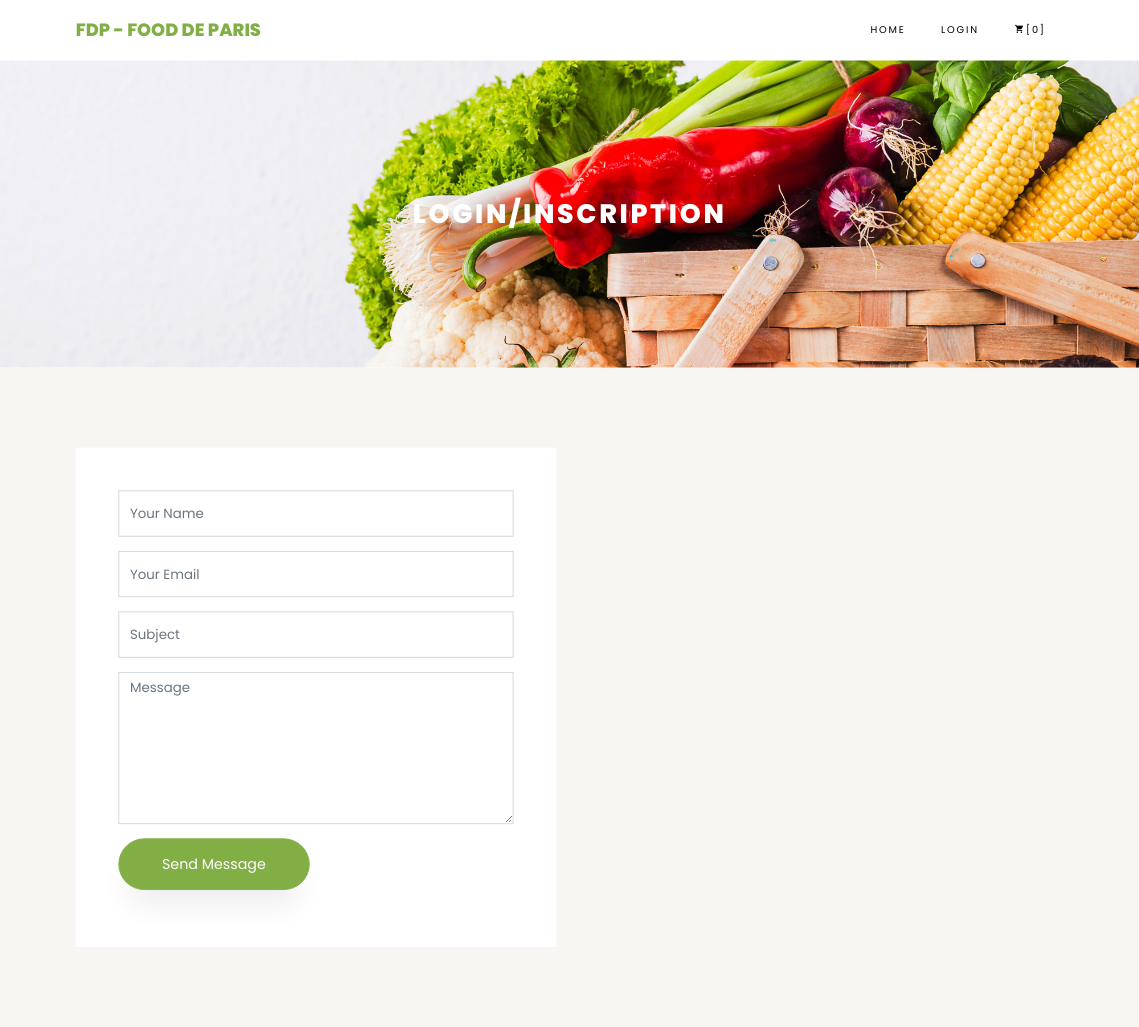
Repository: MacCampers/java-stuff
Page: workspaceJSP/projetRestaurant/WebContent/contact.html
The author's editor kept a copy of each file at every save. The page is drawn from the files as they stood at one save, then again after the next save.
The browser window is 1280 px wide. The pictures show the whole page, at 89% of full size.
Some web fonts or font styles are not loaded; a fallback is used.

Above is the page before, as saved 2020-02-07 14:04:16.

### workspaceJSP/projetRestaurant/WebContent/contact.html
<!DOCTYPE html>
<html lang="en">
<head>
<title>FDP - Food De Paris</title>
<meta charset="utf-8">
<meta name="viewport"
	content="width=device-width, initial-scale=1, shrink-to-fit=no">
<link
	href="https://fonts.googleapis.com/css?family=Poppins:200,300,400,500,600,700,800&display=swap"
	rel="stylesheet">
<link
	href="https://fonts.googleapis.com/css?family=Lora:400,400i,700,700i&display=swap"
	rel="stylesheet">
<link
	href="https://fonts.googleapis.com/css?family=Amatic+SC:400,700&display=swap"
	rel="stylesheet">
<link rel="stylesheet" href="css/open-iconic-bootstrap.min.css">
<link rel="stylesheet" href="css/animate.css">
<link rel="stylesheet" href="css/owl.carousel.min.css">
<link rel="stylesheet" href="css/owl.theme.default.min.css">
<link rel="stylesheet" href="css/magnific-popup.css">
<link rel="stylesheet" href="css/aos.css">
<link rel="stylesheet" href="css/ionicons.min.css">
<link rel="stylesheet" href="css/bootstrap-datepicker.css">
<link rel="stylesheet" href="css/jquery.timepicker.css">
<link rel="stylesheet" href="css/flaticon.css">
<link rel="stylesheet" href="css/icomoon.css">
<link rel="stylesheet" href="css/style.css">
</head>
<body class="goto-here">

	<nav
		class="navbar navbar-expand-lg navbar-dark ftco_navbar bg-dark ftco-navbar-light"
		id="ftco-navbar">
		<div class="container">
			<a class="navbar-brand" href="index.html">FDP - Food De Paris</a>
			<button class="navbar-toggler" type="button" data-toggle="collapse"
				data-target="#ftco-nav" aria-controls="ftco-nav"
				aria-expanded="false" aria-label="Toggle navigation">
				<span class="oi oi-menu"></span> Menu
			</button>

			<div class="collapse navbar-collapse" id="ftco-nav">
				<ul class="navbar-nav ml-auto">
					<li class="nav-item active"><a href="index.html"
						class="nav-link">Home</a></li>
					<li class="nav-item active"><a href="index.html"
						class="nav-link">Login</a></li>

					<li class="nav-item cta cta-colored"><a href="cart.html"
						class="nav-link"><span class="icon-shopping_cart"></span>[0]</a></li>

				</ul>
			</div>
		</div>
	</nav>
	<!-- END nav -->

	<div class="hero-wrap hero-bread"
		style="background-image: url('images/bg_1.jpg');">
		<div class="container">
			<div
				class="row no-gutters slider-text align-items-center justify-content-center">
				<div class="col-md-9 ftco-animate text-center">
					<h1 class="mb-0 bread">Login/Inscription</h1>
				</div>
			</div>
		</div>
	</div>

	<section class="ftco-section contact-section bg-light">
		<div class="container">


			<div class="row block-9">
				<div class="col-md-6 order-md-last d-flex">
					<form action="#" class="bg-white p-5 contact-form">
						<div class="form-group">
							<input type="text" class="form-control" placeholder="Your Name">
						</div>
						<div class="form-group">
							<input type="text" class="form-control" placeholder="Your Email">
						</div>
						<div class="form-group">
							<input type="text" class="form-control" placeholder="Subject">
						</div>
						<div class="form-group">
							<textarea name="" id="" cols="30" rows="7" class="form-control"
								placeholder="Message"></textarea>
						</div>
						<div class="form-group">
							<input type="submit" value="Send Message"
								class="btn btn-primary py-3 px-5">
						</div>
					</form>

				</div>
			</div>
		</div>
	</section>


	<!-- loader -->
	<div id="ftco-loader" class="show fullscreen">
		<svg class="circular" width="48px" height="48px">
			<circle class="path-bg" cx="24" cy="24" r="22" fill="none"
				stroke-width="4" stroke="#eeeeee" />
			<circle class="path" cx="24" cy="24" r="22" fill="none"
				stroke-width="4" stroke-miterlimit="10" stroke="#F96D00" /></svg>
	</div>


	<script src="js/jquery.min.js"></script>
	<script src="js/jquery-migrate-3.0.1.min.js"></script>
	<script src="js/popper.min.js"></script>
	<script src="js/bootstrap.min.js"></script>
	<script src="js/jquery.easing.1.3.js"></script>
	<script src="js/jquery.waypoints.min.js"></script>
	<script src="js/jquery.stellar.min.js"></script>
	<script src="js/owl.carousel.min.js"></script>
	<script src="js/jquery.magnific-popup.min.js"></script>
	<script src="js/aos.js"></script>
	<script src="js/jquery.animateNumber.min.js"></script>
	<script src="js/bootstrap-datepicker.js"></script>
	<script src="js/scrollax.min.js"></script>
	<script src="js/main.js"></script>

</body>
</html>

### workspaceJSP/projetRestaurant/WebContent/js/main.js
 AOS.init({
 	duration: 800,
 	easing: 'slide'
 });

(function($) {

	"use strict";

	var isMobile = {
		Android: function() {
			return navigator.userAgent.match(/Android/i);
		},
			BlackBerry: function() {
			return navigator.userAgent.match(/BlackBerry/i);
		},
			iOS: function() {
			return navigator.userAgent.match(/iPhone|iPad|iPod/i);
		},
			Opera: function() {
			return navigator.userAgent.match(/Opera Mini/i);
		},
			Windows: function() {
			return navigator.userAgent.match(/IEMobile/i);
		},
			any: function() {
			return (isMobile.Android() || isMobile.BlackBerry() || isMobile.iOS() || isMobile.Opera() || isMobile.Windows());
		}
	};


	$(window).stellar({
    responsive: true,
    parallaxBackgrounds: true,
    parallaxElements: true,
    horizontalScrolling: false,
    hideDistantElements: false,
    scrollProperty: 'scroll'
  });


	var fullHeight = function() {

		$('.js-fullheight').css('height', $(window).height());
		$(window).resize(function(){
			$('.js-fullheight').css('height', $(window).height());
		});

	};
	fullHeight();

	// loader
	var loader = function() {
		setTimeout(function() {
			if($('#ftco-loader').length > 0) {
				$('#ftco-loader').removeClass('show');
			}
		}, 1);
	};
	loader();

	// Scrollax
   $.Scrollax();

	var carousel = function() {
		$('.home-slider').owlCarousel({
	    loop:true,
	    autoplay: true,
	    margin:0,
	    animateOut: 'fadeOut',
	    animateIn: 'fadeIn',
	    nav:false,
	    autoplayHoverPause: false,
	    items: 1,
	    navText : ["<span class='ion-md-arrow-back'></span>","<span class='ion-chevron-right'></span>"],
	    responsive:{
	      0:{
	        items:1
	      },
	      600:{
	        items:1
	      },
	      1000:{
	        items:1
	      }
	    }
		});

		$('.carousel-testimony').owlCarousel({
			center: true,
			loop: true,
			items:1,
			margin: 30,
			stagePadding: 0,
			nav: false,
			navText: ['<span class="ion-ios-arrow-back">', '<span class="ion-ios-arrow-forward">'],
			responsive:{
				0:{
					items: 1
				},
				600:{
					items: 3
				},
				1000:{
					items: 3
				}
			}
		});

	};
	carousel();

	$('nav .dropdown').hover(function(){
		var $this = $(this);
		// 	 timer;
		// clearTimeout(timer);
		$this.addClass('show');
		$this.find('> a').attr('aria-expanded', true);
		// $this.find('.dropdown-menu').addClass('animated-fast fadeInUp show');
		$this.find('.dropdown-menu').addClass('show');
	}, function(){
		var $this = $(this);
			// timer;
		// timer = setTimeout(function(){
			$this.removeClass('show');
			$this.find('> a').attr('aria-expanded', false);
			// $this.find('.dropdown-menu').removeClass('animated-fast fadeInUp show');
			$this.find('.dropdown-menu').removeClass('show');
		// }, 100);
	});


	$('#dropdown04').on('show.bs.dropdown', function () {
	  console.log('show');
	});

	// scroll
	var scrollWindow = function() {
		$(window).scroll(function(){
			var $w = $(this),
					st = $w.scrollTop(),
					navbar = $('.ftco_navbar'),
					sd = $('.js-scroll-wrap');

			if (st > 150) {
				if ( !navbar.hasClass('scrolled') ) {
					navbar.addClass('scrolled');
				}
			}
			if (st < 150) {
				if ( navbar.hasClass('scrolled') ) {
					navbar.removeClass('scrolled sleep');
				}
			}
			if ( st > 350 ) {
				if ( !navbar.hasClass('awake') ) {
					navbar.addClass('awake');
				}

				if(sd.length > 0) {
					sd.addClass('sleep');
				}
			}
			if ( st < 350 ) {
				if ( navbar.hasClass('awake') ) {
					navbar.removeClass('awake');
					navbar.addClass('sleep');
				}
				if(sd.length > 0) {
					sd.removeClass('sleep');
				}
			}
		});
	};
	scrollWindow();


	var counter = function() {

		$('#section-counter').waypoint( function( direction ) {

			if( direction === 'down' && !$(this.element).hasClass('ftco-animated') ) {

				var comma_separator_number_step = $.animateNumber.numberStepFactories.separator(',')
				$('.number').each(function(){
					var $this = $(this),
						num = $this.data('number');
						console.log(num);
					$this.animateNumber(
					  {
					    number: num,
					    numberStep: comma_separator_number_step
					  }, 7000
					);
				});

			}

		} , { offset: '95%' } );

	}
	counter();

	var contentWayPoint = function() {
		var i = 0;
		$('.ftco-animate').waypoint( function( direction ) {

			if( direction === 'down' && !$(this.element).hasClass('ftco-animated') ) {

				i++;

				$(this.element).addClass('item-animate');
				setTimeout(function(){

					$('body .ftco-animate.item-animate').each(function(k){
						var el = $(this);
						setTimeout( function () {
							var effect = el.data('animate-effect');
							if ( effect === 'fadeIn') {
								el.addClass('fadeIn ftco-animated');
							} else if ( effect === 'fadeInLeft') {
								el.addClass('fadeInLeft ftco-animated');
							} else if ( effect === 'fadeInRight') {
								el.addClass('fadeInRight ftco-animated');
							} else {
								el.addClass('fadeInUp ftco-animated');
							}
							el.removeClass('item-animate');
						},  k * 50, 'easeInOutExpo' );
					});

				}, 100);

			}

		} , { offset: '95%' } );
	};
	contentWayPoint();


	// navigation
	var OnePageNav = function() {
		$(".smoothscroll[href^='#'], #ftco-nav ul li a[href^='#']").on('click', function(e) {
		 	e.preventDefault();

		 	var hash = this.hash,
		 			navToggler = $('.navbar-toggler');
		 	$('html, body').animate({
		    scrollTop: $(hash).offset().top
		  }, 700, 'easeInOutExpo', function(){
		    window.location.hash = hash;
		  });


		  if ( navToggler.is(':visible') ) {
		  	navToggler.click();
		  }
		});
		$('body').on('activate.bs.scrollspy', function () {
		  console.log('nice');
		})
	};
	OnePageNav();


	// magnific popup
	$('.image-popup').magnificPopup({
    type: 'image',
    closeOnContentClick: true,
    closeBtnInside: false,
    fixedContentPos: true,
    mainClass: 'mfp-no-margins mfp-with-zoom', // class to remove default margin from left and right side
     gallery: {
      enabled: true,
      navigateByImgClick: true,
      preload: [0,1] // Will preload 0 - before current, and 1 after the current image
    },
    image: {
      verticalFit: true
    },
    zoom: {
      enabled: true,
      duration: 300 // don't foget to change the duration also in CSS
    }
  });

  $('.popup-youtube, .popup-vimeo, .popup-gmaps').magnificPopup({
    disableOn: 700,
    type: 'iframe',
    mainClass: 'mfp-fade',
    removalDelay: 160,
    preloader: false,

    fixedContentPos: false
  });



	var goHere = function() {

		$('.mouse-icon').on('click', function(event){

			event.preventDefault();

			$('html,body').animate({
				scrollTop: $('.goto-here').offset().top
			}, 500, 'easeInOutExpo');

			return false;
		});
	};
	goHere();


	function makeTimer() {

		var endTime = new Date("21 December 2019 9:56:00 GMT+01:00");
		endTime = (Date.parse(endTime) / 1000);

		var now = new Date();
		now = (Date.parse(now) / 1000);

		var timeLeft = endTime - now;

		var days = Math.floor(timeLeft / 86400);
		var hours = Math.floor((timeLeft - (days * 86400)) / 3600);
		var minutes = Math.floor((timeLeft - (days * 86400) - (hours * 3600 )) / 60);
		var seconds = Math.floor((timeLeft - (days * 86400) - (hours * 3600) - (minutes * 60)));

		if (hours < "10") { hours = "0" + hours; }
		if (minutes < "10") { minutes = "0" + minutes; }
		if (seconds < "10") { seconds = "0" + seconds; }

		$("#days").html(days + "<span>Days</span>");
		$("#hours").html(hours + "<span>Hours</span>");
		$("#minutes").html(minutes + "<span>Minutes</span>");
		$("#seconds").html(seconds + "<span>Seconds</span>");

}

setInterval(function() { makeTimer(); }, 1000);



})(jQuery);

Loaded but not shown: workspaceJSP/projetRestaurant/WebContent/css/open-iconic-bootstrap.min.css (library); workspaceJSP/projetRestaurant/WebContent/css/animate.css (library); workspaceJSP/projetRestaurant/WebContent/css/owl.carousel.min.css (library); workspaceJSP/projetRestaurant/WebContent/css/owl.theme.default.min.css (common file); workspaceJSP/projetRestaurant/WebContent/css/magnific-popup.css (library); workspaceJSP/projetRestaurant/WebContent/css/aos.css (library); workspaceJSP/projetRestaurant/WebContent/css/ionicons.min.css (library); workspaceJSP/projetRestaurant/WebContent/css/bootstrap-datepicker.css (library); workspaceJSP/projetRestaurant/WebContent/css/jquery.timepicker.css (common file); workspaceJSP/projetRestaurant/WebContent/css/flaticon.css (common file); workspaceJSP/projetRestaurant/WebContent/css/icomoon.css (common file); workspaceJSP/projetRestaurant/WebContent/css/style.css (library); workspaceJSP/projetRestaurant/WebContent/js/jquery.min.js (library); workspaceJSP/projetRestaurant/WebContent/js/jquery-migrate-3.0.1.min.js (library); workspaceJSP/projetRestaurant/WebContent/js/popper.min.js (library); workspaceJSP/projetRestaurant/WebContent/js/bootstrap.min.js (library); workspaceJSP/projetRestaurant/WebContent/js/jquery.easing.1.3.js (library); workspaceJSP/projetRestaurant/WebContent/js/jquery.waypoints.min.js (library); workspaceJSP/projetRestaurant/WebContent/js/jquery.stellar.min.js (library); workspaceJSP/projetRestaurant/WebContent/js/owl.carousel.min.js (library); workspaceJSP/projetRestaurant/WebContent/js/jquery.magnific-popup.min.js (library); workspaceJSP/projetRestaurant/WebContent/js/aos.js (library); workspaceJSP/projetRestaurant/WebContent/js/jquery.animateNumber.min.js (common file); workspaceJSP/projetRestaurant/WebContent/js/bootstrap-datepicker.js (library); workspaceJSP/projetRestaurant/WebContent/js/scrollax.min.js (library)

After the next save:
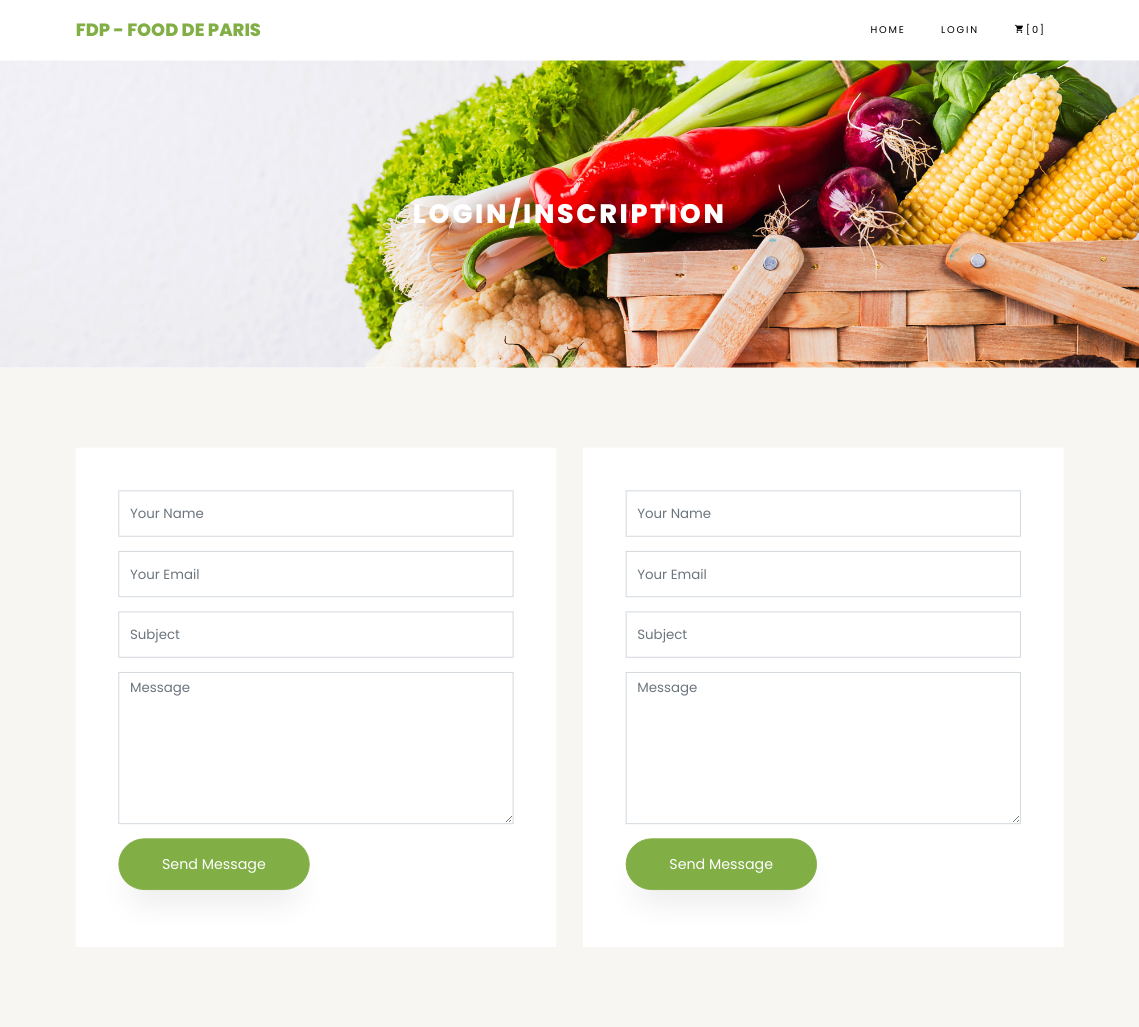
Saved 6 s later.
--- a/workspaceJSP/projetRestaurant/WebContent/contact.html
+++ b/workspaceJSP/projetRestaurant/WebContent/contact.html
@@ -95,6 +95,29 @@
 					</form>
 
 				</div>
+
+							<div class="col-md-6 order-md-last d-flex">
+					<form action="#" class="bg-white p-5 contact-form">
+						<div class="form-group">
+							<input type="text" class="form-control" placeholder="Your Name">
+						</div>
+						<div class="form-group">
+							<input type="text" class="form-control" placeholder="Your Email">
+						</div>
+						<div class="form-group">
+							<input type="text" class="form-control" placeholder="Subject">
+						</div>
+						<div class="form-group">
+							<textarea name="" id="" cols="30" rows="7" class="form-control"
+								placeholder="Message"></textarea>
+						</div>
+						<div class="form-group">
+							<input type="submit" value="Send Message"
+								class="btn btn-primary py-3 px-5">
+						</div>
+					</form>
+
+				</div>
 			</div>
 		</div>
 	</section>
